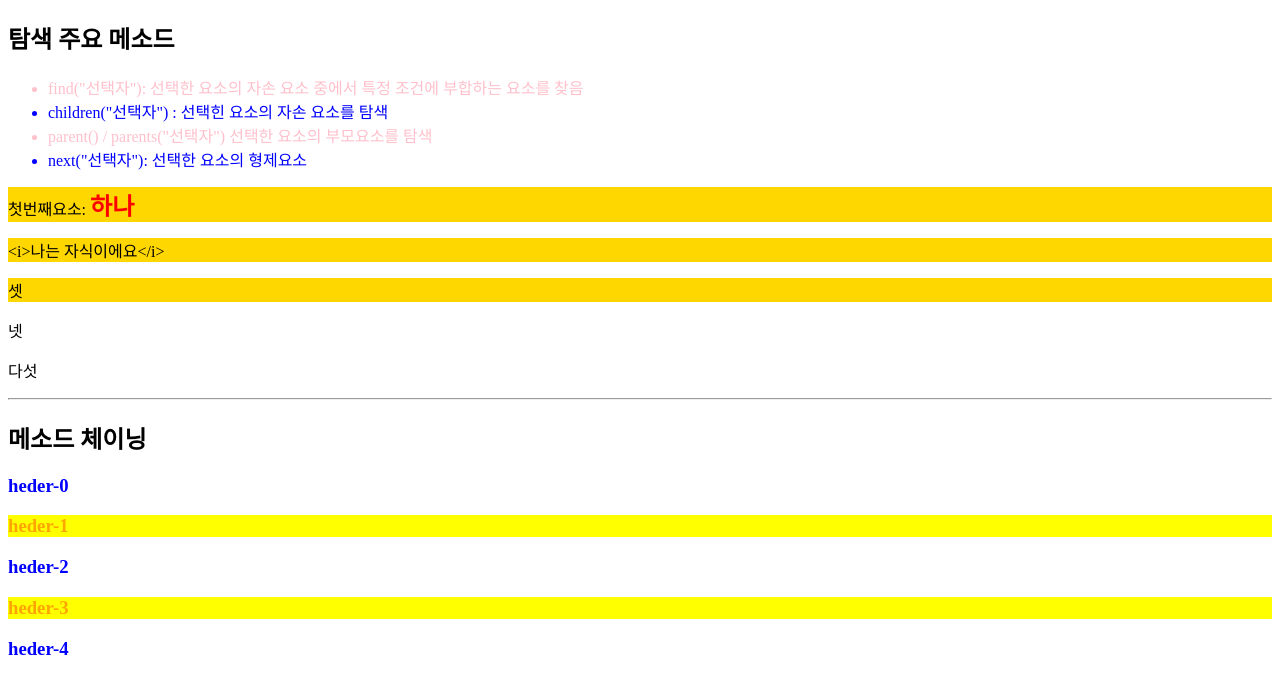
Repository: futuremirae/Dima_jquery
Page: http://localhost/traversing
The author's editor kept a copy of each file at every save. The page is drawn from the files as they stood at one save, then again after the next save.
The browser window is 1280 px wide. The pictures show the whole page.
The page is this project's Thymeleaf template; nobody is signed in. The template is opened directly, without the code that normally fills it, so the values that code supplies are empty.

Above is the page before, as saved 2024-03-20 02:31:19.

After the next save:
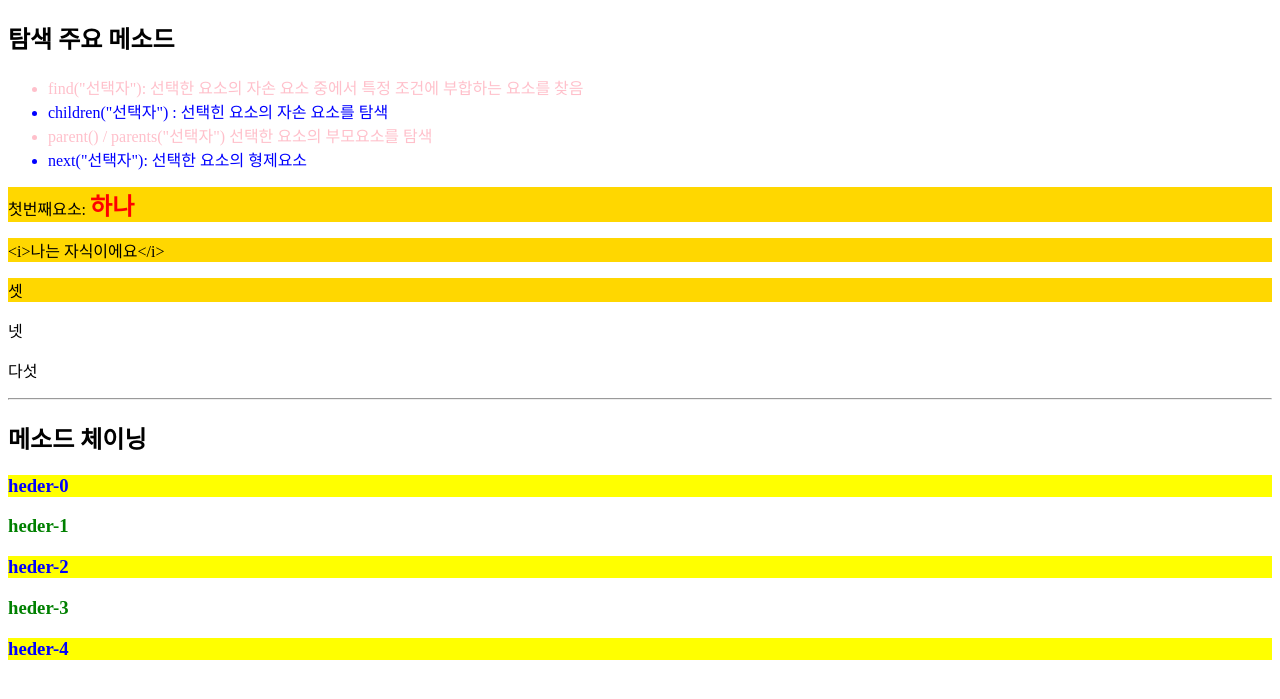
Saved 26 s later.
--- a/jquery2/src/main/resources/templates/traversing.html
+++ b/jquery2/src/main/resources/templates/traversing.html
@@ -22,9 +22,9 @@
 
             //5개 반환하고 다시 3개 선택
             //end() : 메소드 체이닝을통해 범위가 좁아진상태를 이전 상태로 되돌림
-            $("h3").css("color", "orange").filter(":even").css("color","blue")
-            .end() // blue 취소??
-            .filter(":odd").css("background-color", "yellow")
+            $("h3").css("color", "green").filter(":even").css("color", "blue")
+                .end() // blue 취소하는게 아니라는 점 ~~
+                .filter(":even").css("background-color", "yellow")
 
 
 
